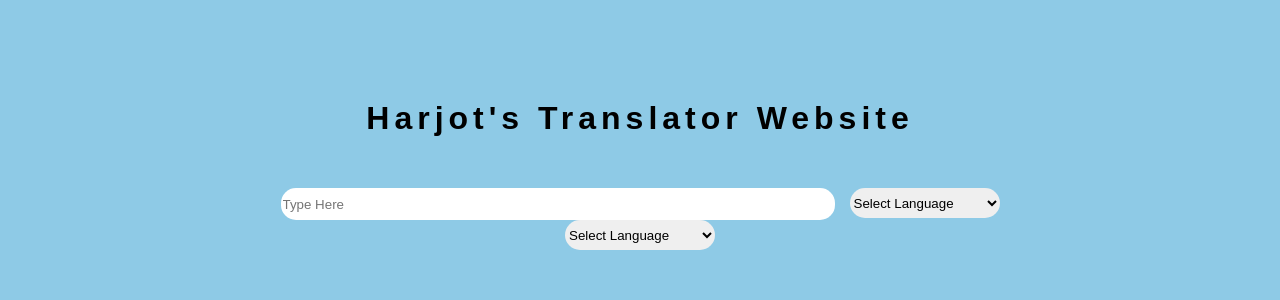
Repository: Harjot00/Pythonpractice
Page: Translator/homepage.html
The author's editor kept a copy of each file at every save. The page is drawn from the files as they stood at one save, then again after the next save.
The browser window is 1280 px wide. The pictures show the whole page.
Some web fonts or font styles are not loaded; a fallback is used.

Above is the page before, as saved 2022-03-06 19:22:16.

After the next save:
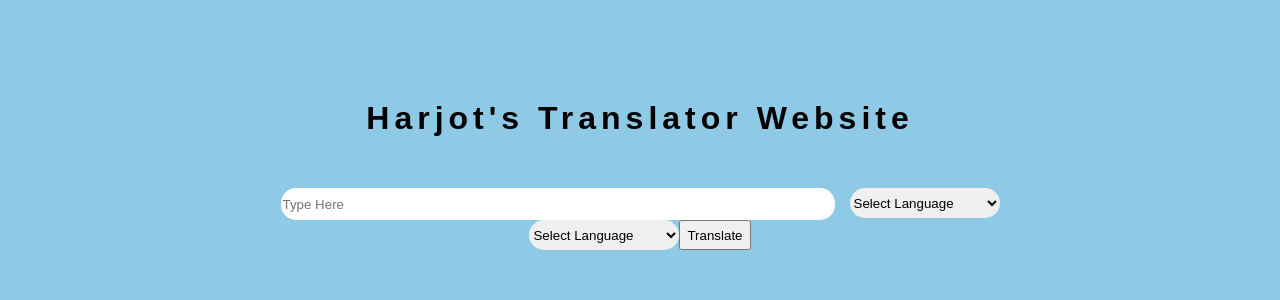
Saved 43 s later.
--- a/Translator/homepage.html
+++ b/Translator/homepage.html
@@ -35,6 +35,8 @@
                 <option value="audi">Chinese</option>
             </select>
         </form>
+        <button>Translate</button>
+
     </div>
 </body>
 </html>
